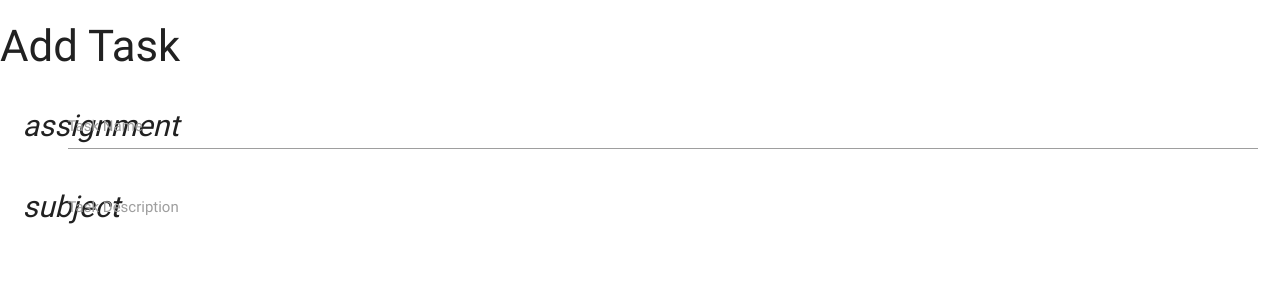
Repository: kalkiboru111/task-manager
Page: http://localhost/add_task
The author's editor kept a record of every edit. The page is drawn from the files as they stood at one moment, then again after the next edit.
The browser window is 1280 px wide. The pictures show the whole page.
The page is served by the project's application, run on Flask 3 (app.py).

Above is the page before.

### templates/addtask.html
{% extends 'base.html' %} {% block content %}

<h3>Add Task</h3>

<div class="row">
    <form action="" method="POST" class="col s12">
        <div class="row">
            <div class="input-field col s12">
                <i class="material icons prefix">assignment</i>
                <input id="task_name" name="task_name" type="text" class="validate">
                <label for="icon-prefix">Task Name</label>
            </div>
            <div class="input-field col s12">
                <i class="material icons prefix">subject</i>
                <text_area name="task_description" id="task_description" class="materialize_textarea"></text_area>
                <label for="icon_telephone">Task Description</label>
            </div>
        </div>
    </form>
</div>

{% endblock %}

### templates/base.html
<!DOCTYPE html>
<html>

<head>
    <link href="https://fonts.googleapis.com/icon?family=Material+Icons" rel="stylesheet">
    <link rel="stylesheet" href="https://cdnjs.cloudflare.com/ajax/libs/materialize/0.100.2/css/materialize.min.css">
</head>

<body>
    {% block content %} {% endblock %}
    <script src="https://cdnjs.cloudflare.com/ajax/libs/jquery/3.4.1/jquery.min.js" integrity="sha256-CSXorXvZcTkaix6Yvo6HppcZGetbYMGWSFlBw8HfCJo=" crossorigin="anonymous"></script>
    <script src="https://cdnjs.cloudflare.com/ajax/libs/materialize/0.100.2/js/materialize.min.js"></script>
    <script type="text/javascript">
        $(document).ready(function() {
            $('.collapsible').collapsible();
        })
    </script>
</body>

</html>

### app.py
import os
from flask import Flask, render_template, request, redirect, url_for
from flask_pymongo import PyMongo
from bson.objectid import ObjectId


app = Flask(__name__)

app.config["MONGO_DBNAME"] = "task manager"
app.config["MONGO_URI"] = "mongodb+srv://root:83ZQythXiDEUTHCq@myfirstcluster-qstcj.mongodb.net/task_manager?retryWrites=true&w=majority"

mongo = PyMongo(app)

@app.route('/')
@app.route('/get_tasks')
def get_tasks():
    return render_template("tasks.html", tasks=mongo.db.tasks.find())

@app.route('/add_task')
def add_task():
    return render_template("addtask.html")

if __name__ == '__main__':
    app.run(host=os.environ.get('IP'),
    port=int(os.environ.get('PORT')),
    debug=True)

After the next edit:
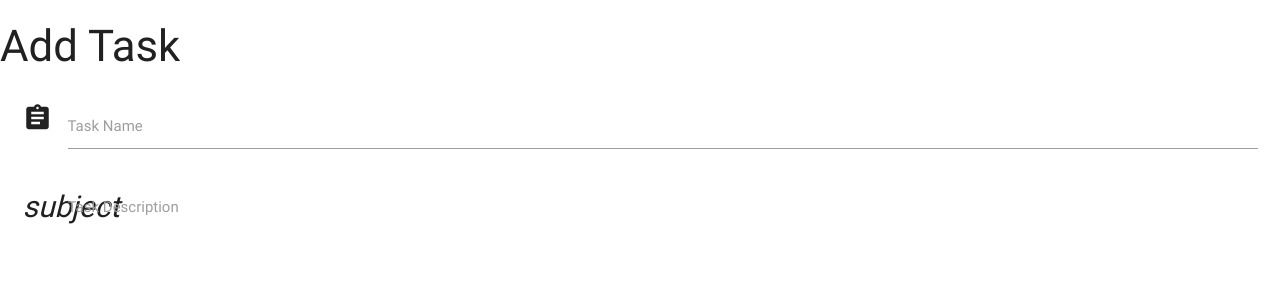
The edit:
--- a/templates/addtask.html
+++ b/templates/addtask.html
@@ -6,7 +6,7 @@
     <form action="" method="POST" class="col s12">
         <div class="row">
             <div class="input-field col s12">
-                <i class="material icons prefix">assignment</i>
+                <i class="material-icons prefix">assignment</i>
                 <input id="task_name" name="task_name" type="text" class="validate">
                 <label for="icon-prefix">Task Name</label>
             </div>
